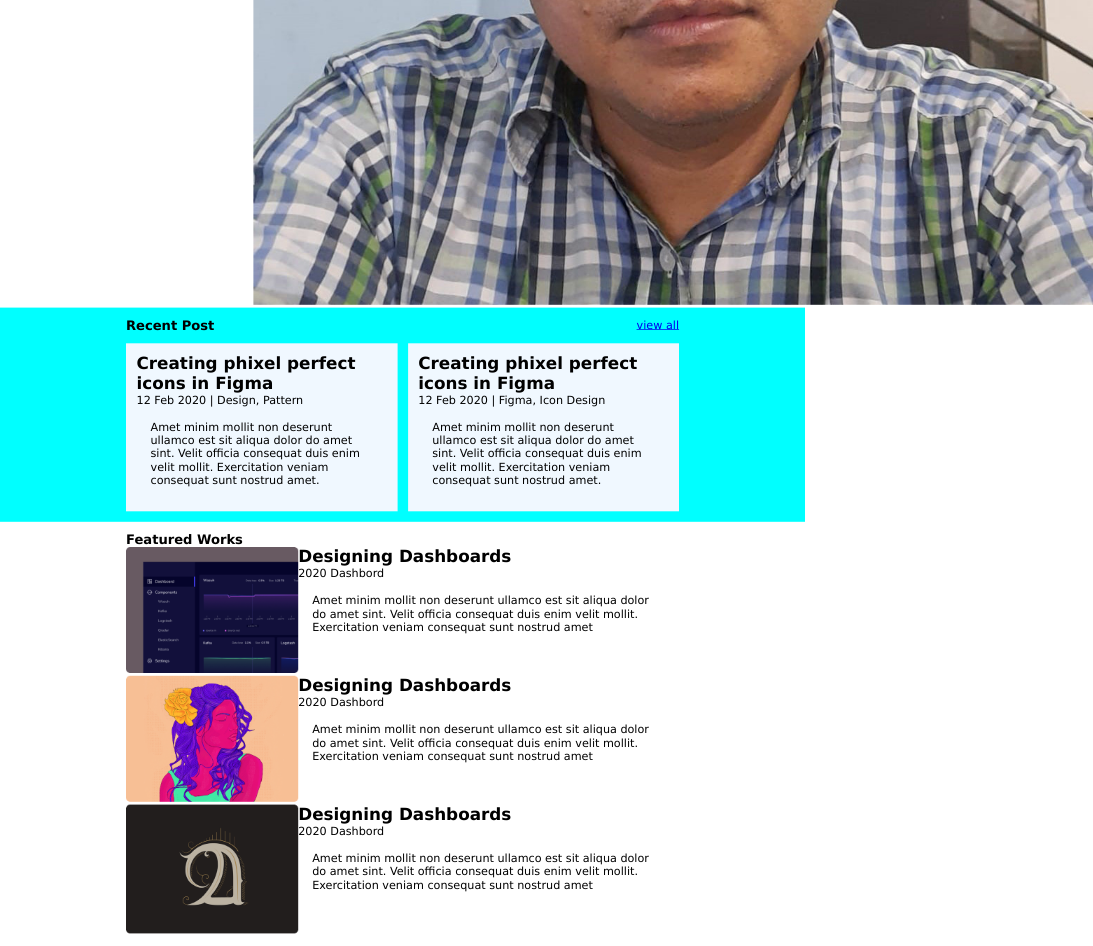
Repository: jafetdn73/portofolio
Page: index.html
The author's editor kept a copy of each file at every save. The page is drawn from the files as they stood at one save, then again after the next save.
The browser window is 1280 px wide. The page is 1562 px wide, so the pictures cover 1562 px, including what lies to the right of the window. The pictures show the part of the page from y = 959 to 2519 px (the page is 2311 px tall before and 2519 px after), at 70% of full size.

Above is the page before, as saved 2022-02-23 09:49:29.

After the next save:
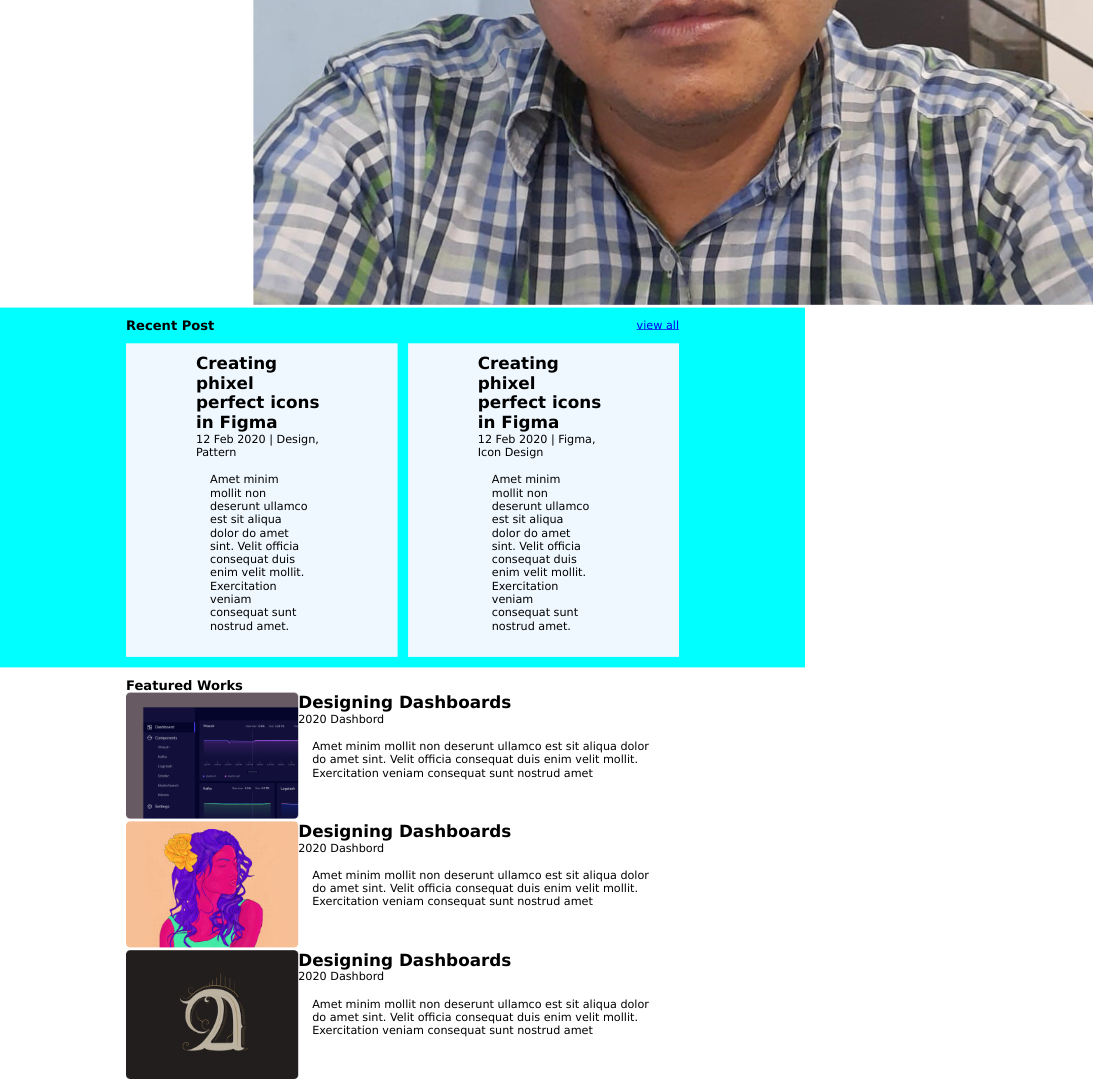
Saved 50 s later.
--- a/figma.css
+++ b/figma.css
@@ -71,7 +71,7 @@
 
 .post-content-detail {
     background-color: aliceblue;
-    padding:15px;
+    padding:15px 100px;
 }
 
 /* Start Featured */

After the save that followed:
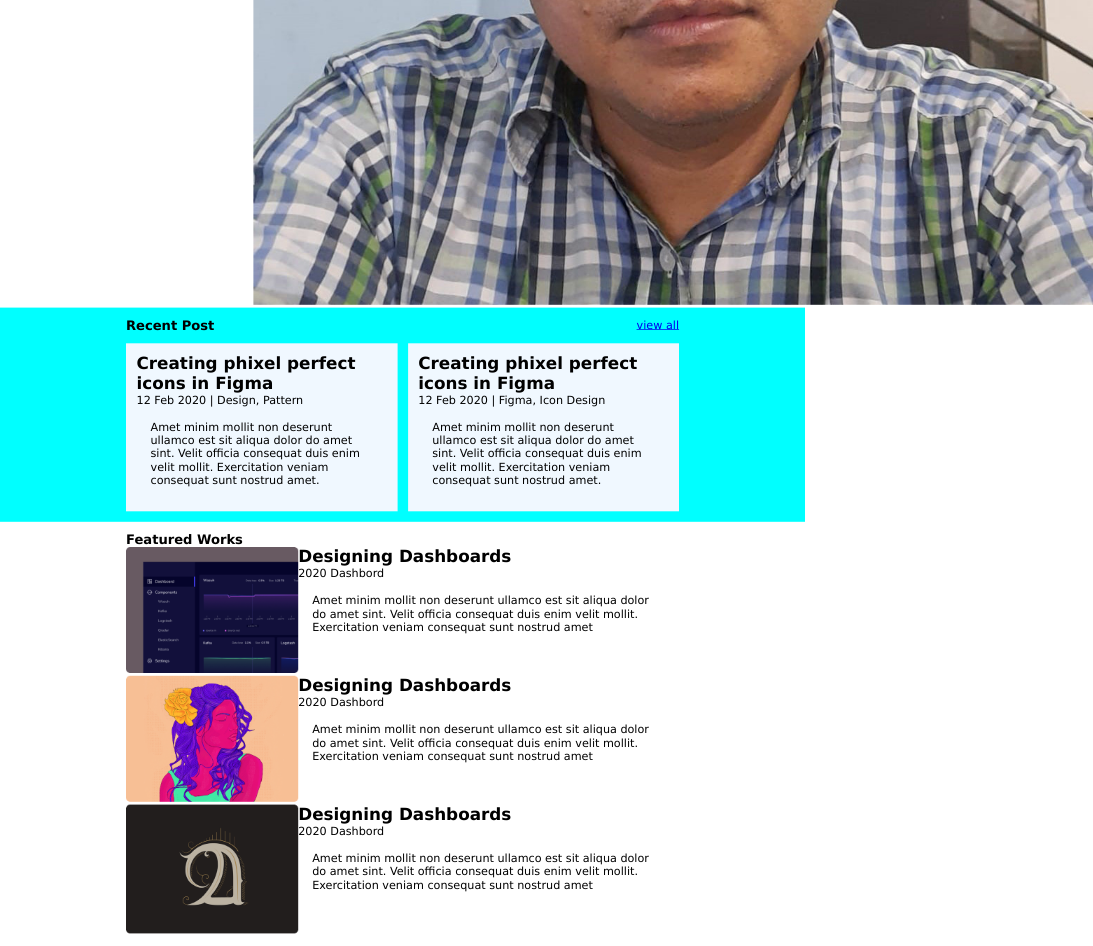
Saved 21 s later.
--- a/figma.css
+++ b/figma.css
@@ -71,7 +71,7 @@
 
 .post-content-detail {
     background-color: aliceblue;
-    padding:15px 100px;
+    padding:15px;
 }
 
 /* Start Featured */
